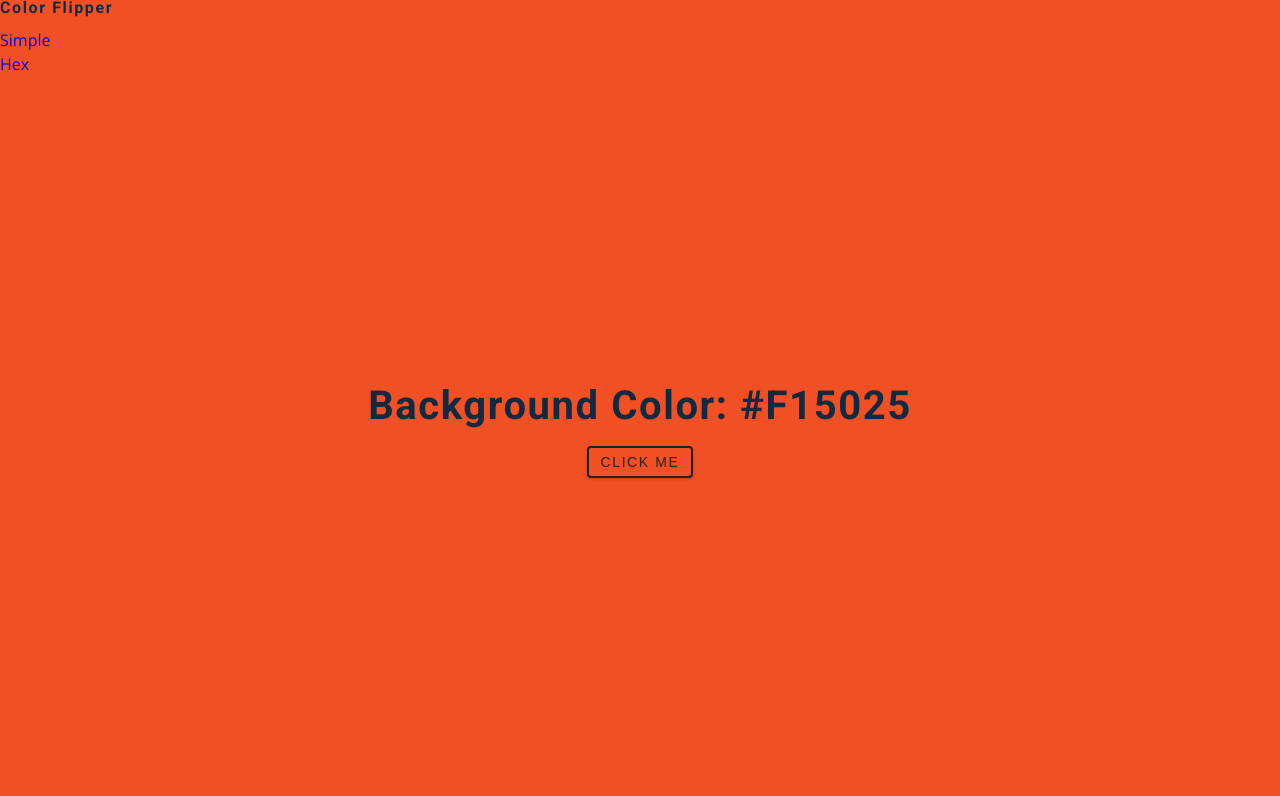
Repository: mosesvk/javascript-basic-projects
Page: 01-color-flipper/setup/index.html
The author's editor kept a copy of each file at every save. The page is drawn from the files as they stood at one save, then again after the next save.
The browser window is 1280 px wide. The pictures show the whole page.
After loading, the first visible `#btn` was clicked once.

Above is the page before, as saved 2023-08-24 19:35:23.

After the next save:
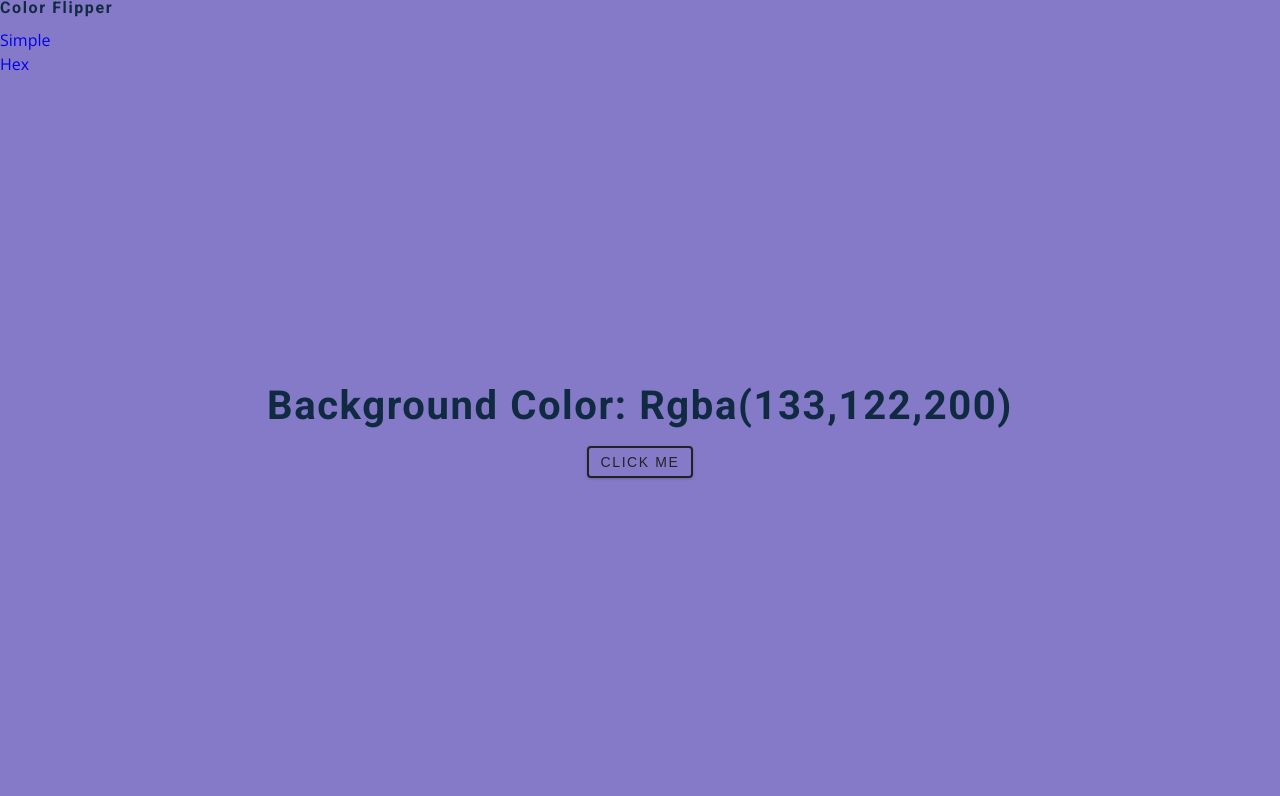
Saved 54 s later.
--- a/01-color-flipper/setup/app.js
+++ b/01-color-flipper/setup/app.js
@@ -5,9 +5,11 @@ const color = document.querySelector('.color')
 
 btn.addEventListener('click', () => {
     // get random number between for the length of the colors array
-    const randNum = Math.round(Math.random() * colors.length)
+    const randNum = Math.floor(Math.random() * colors.length)
     const bgColor = colors[randNum]
+
     document.body.style.backgroundColor = bgColor
+
     // document.querySelector('#colorName').innerHTML = bgColor
     color.textContent = bgColor
 })
